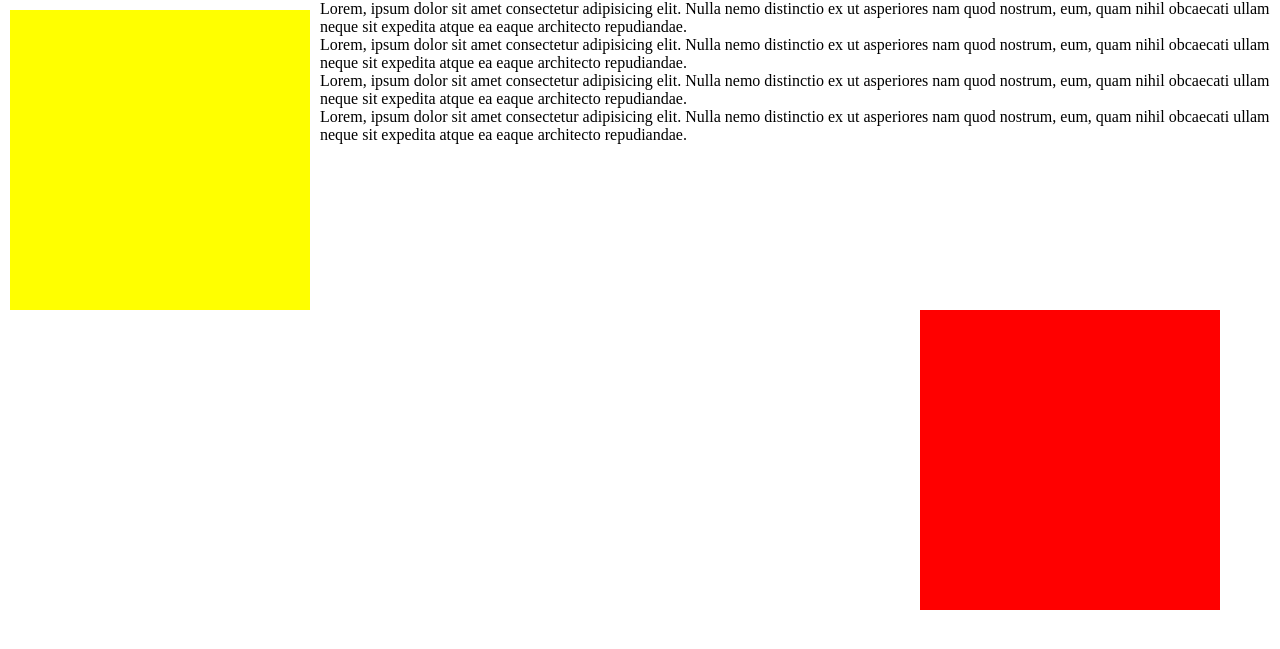
Repository: danilodscosta/CursoHTML
Page: aula1/aulascss.html
These files come from the project's save history. The page is drawn as it stood at one moment and after the next save; the edit follows.
The browser window is 1280 px wide. The pictures show the whole page.

Above is the page before, as saved 2024-01-11 15:48:28.

After the next save:
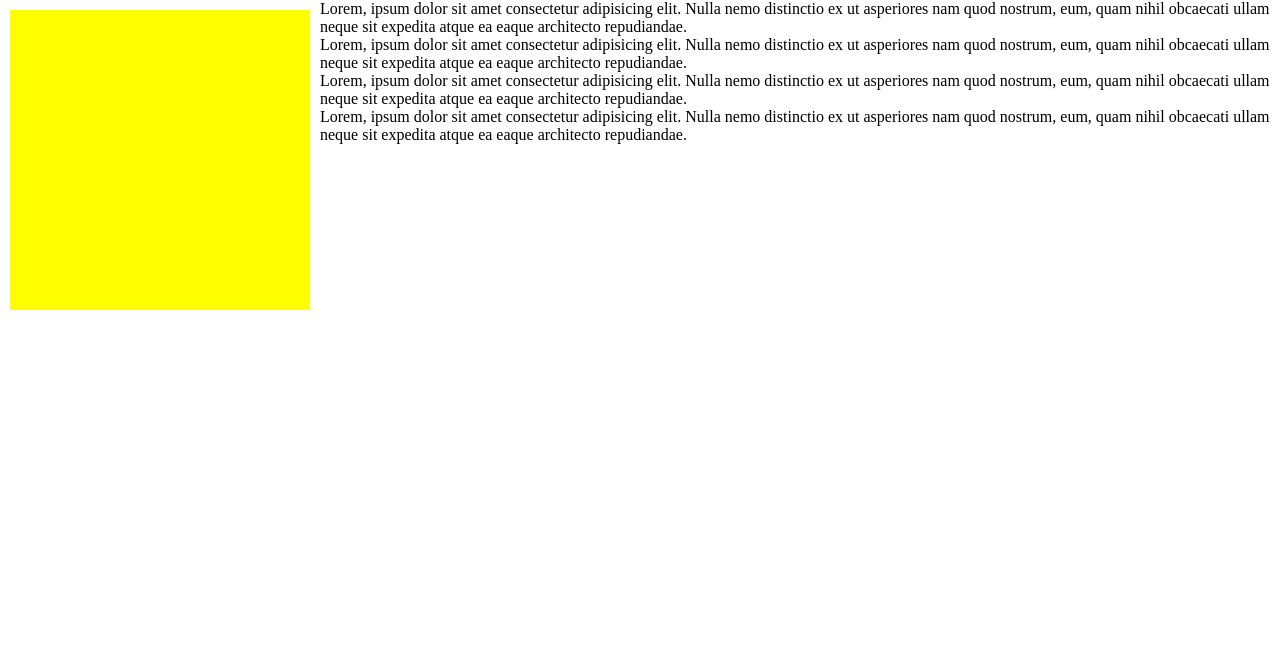
Saved 16 s later.
--- a/aula1/assets/css/aulasstyle.css
+++ b/aula1/assets/css/aulasstyle.css
@@ -18,6 +18,8 @@ ID Classes, atributos e pseudo-classes  Elementos e pseudo-elementos
 
 .filha1 {
     position: absolute;
+    width: auto;
+    height: auto;
     bottom: 100px;
     right: 50px;
 }
